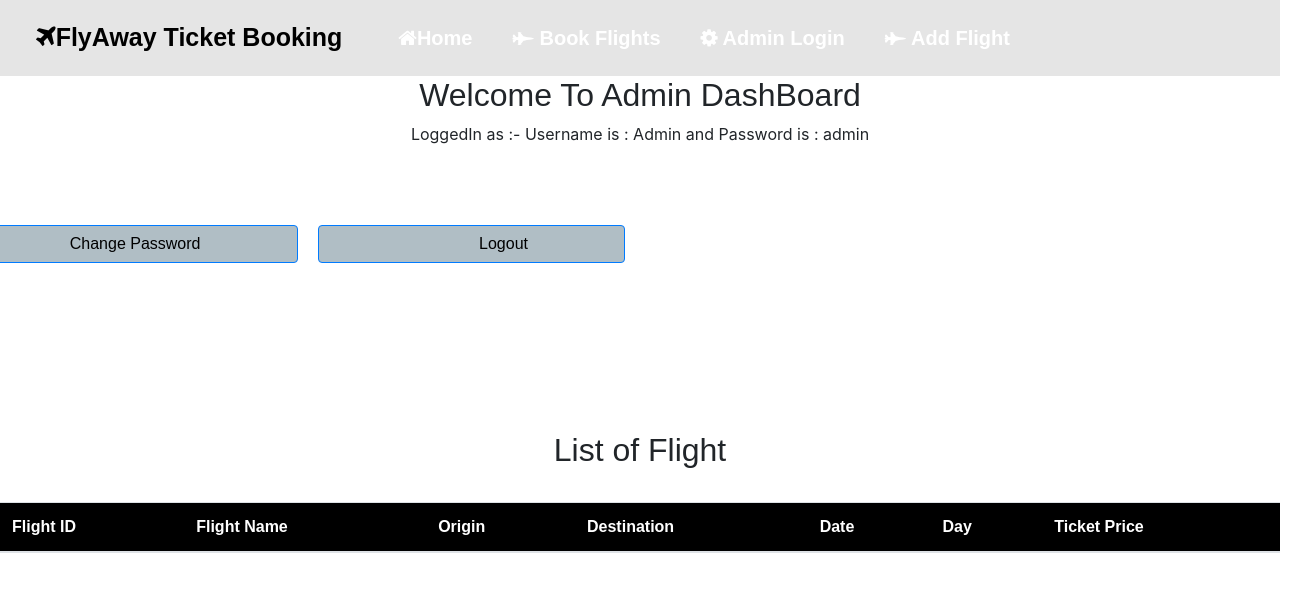
Repository: sayrabano/Phase2-project
Page: http://localhost/FlyAway/adminDashboard.jsp
An editor plug-in stored every save of this project. The page is shown before and after the next save, followed by the edit.
The browser window is 1280 px wide. The page is 1295 px wide, so the pictures cover 1295 px, including what lies to the right of the window. The pictures show the whole page.
Some web fonts or font styles are not loaded; a fallback is used. The page is served by Tomcat 9. Queries for data that is not in the repository find no rows.

Above is the page before, as saved 2021-09-24 20:27:12.

After the next save:
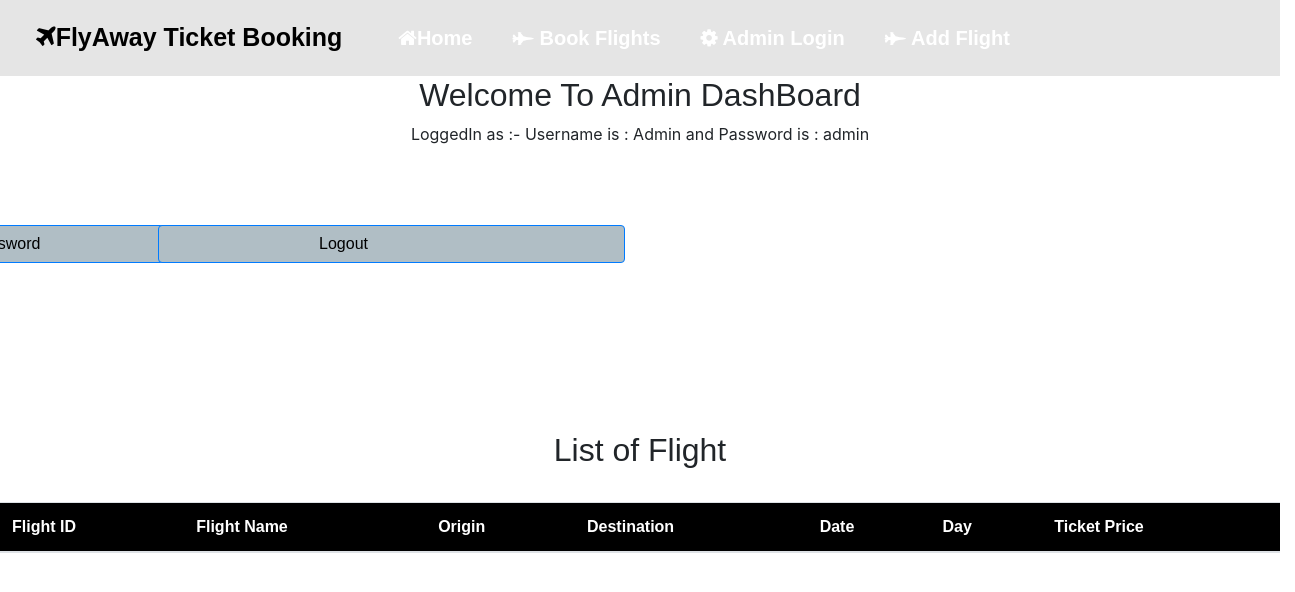
Saved 2 min 23 s later.
--- a/FlyAway/src/main/webapp/CSS/style7.css
+++ b/FlyAway/src/main/webapp/CSS/style7.css
@@ -57,7 +57,7 @@
 .btn{
 	color:black;
 	padding-left:10rem;
-	padding-right:6rem;
+	padding-right:16rem;
 	margin-top: 15px;
 
    background-color:#b0bec5;

After the save that followed:
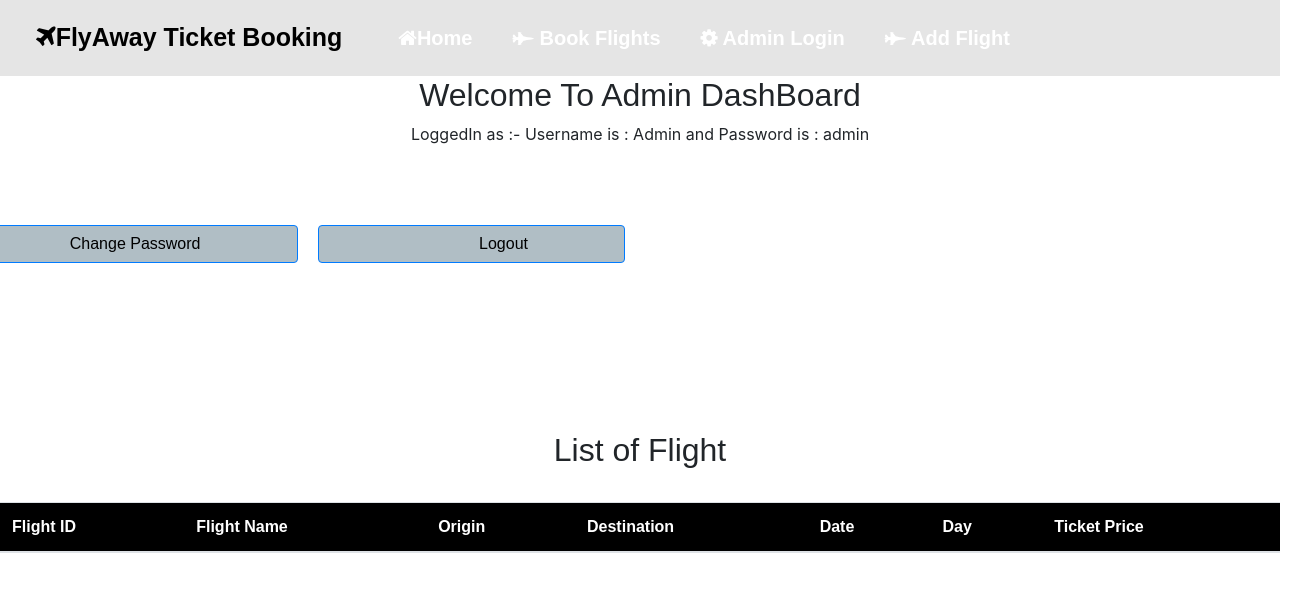
Saved 16 s later.
--- a/FlyAway/src/main/webapp/CSS/style7.css
+++ b/FlyAway/src/main/webapp/CSS/style7.css
@@ -57,7 +57,7 @@
 .btn{
 	color:black;
 	padding-left:10rem;
-	padding-right:16rem;
+	padding-right:6rem;
 	margin-top: 15px;
 
    background-color:#b0bec5;
